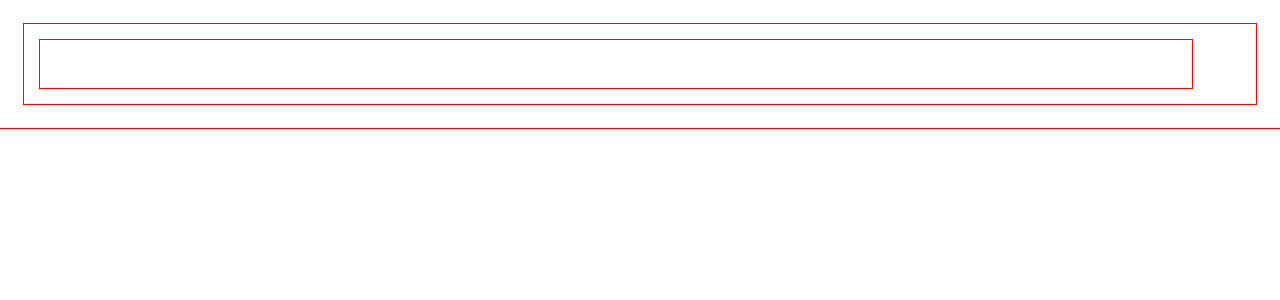
Repository: JacobSkilling-dot/Project1-Blog
Page: Week3-Blog.html
These files come from the project's save history. The page is drawn as it stood at one moment and after the next save; the edit follows.
The browser window is 1280 px wide. The pictures show the whole page.

Above is the page before, as saved 2023-01-16 19:38:32.

After the next save:
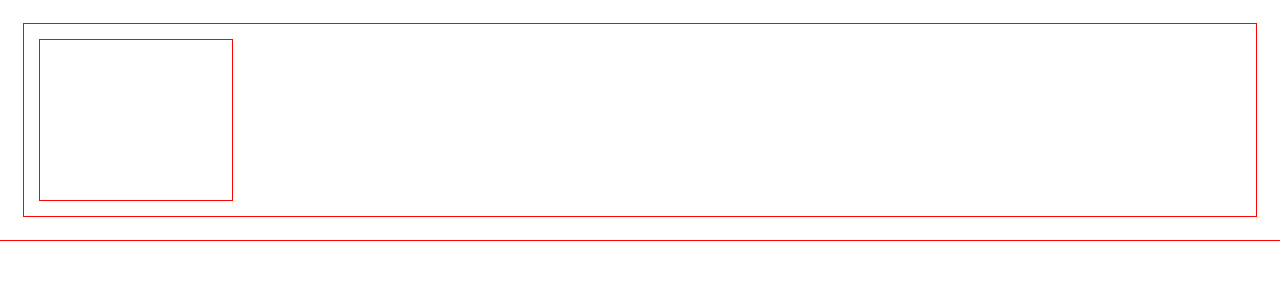
Saved 4 min 46 s later.
--- a/Week3-Blog.html
+++ b/Week3-Blog.html
@@ -11,7 +11,8 @@
     <div class="main-content">
         <style>
             .main-content{
-                width: 70rem;
+                width: 10rem;
+                height: 8rem;
             }
 
 
